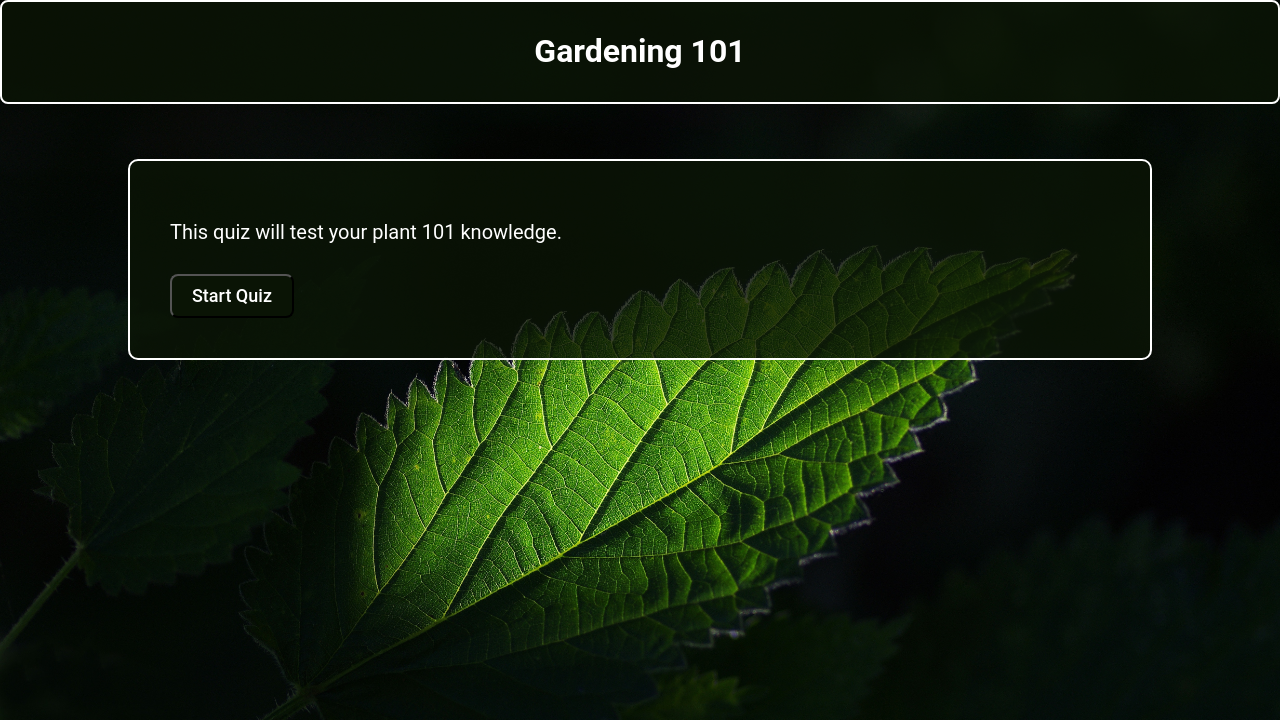
Repository: kaitlynMidori/gardening101
Page: index.html
The author's editor kept a copy of each file at every save. The page is drawn from the files as they stood at one save, then again after the next save.
The browser window is 1280 px wide. The pictures show the whole page.

Above is the page before, as saved 2021-06-10 14:03:12.

### index.html
<!DOCTYPE html>
<html lang="en">

<head>
    <meta charset="UTF-8">
    <meta name="viewport" content="width=device-width, initial-scale=1.0">
    <meta http-equiv="X-UA-Compatible" content="ie=edge">
    <title>Quiz App</title>
    <link href="https://cdnjs.cloudflare.com/ajax/libs/normalize/8.0.1/normalize.min.css" rel="stylesheet" type="text/css" />
    <link href="app.css" rel="stylesheet" type="text/css" />

</head>

<body>
    <header>
        <h1>Gardening 101</h1>
    </header>
    <main></main>
    <script src="https://code.jquery.com/jquery-3.4.1.slim.js" crossorigin="anonymous"></script>
    <script src="app.js"></script>
</body>

</html>

### app.css
/* Your styles should be mobile-first and responsive */


/**
  * If you are unclear on how to utilize a mobile-first, responsive technique to write your CSS, here is an example:
  *
  * https://github.com/andreacardybailey/responsive_example/blob/master/styles/responsive-base.css
  *
*/

* {
    box-sizing: border-box;
}

p {
    font-size: 20px;
}


body {
    font-family: "Roboto", sans-serif;
    color: white;
    margin: 0;
    background: cover;
    background-image: url("screenshots/leaf.jpg");
    background-repeat: repeat;
    background-size: cover;
    background-color: white;
}

header {
    border: 2px solid white;
    border-radius: 8px;
    background: rgba(11, 21, 6, 0.8);
    padding: 10px 0 10px 0;
    color: white;
    text-transform: capitalize;
}

h1 {
    text-align: center;
}

.question-and-score {
    border: 2px solid white;
    border-radius: 8px;
    background: rgba(11, 21, 6, 0.8);
    font-size: 30px;
    font-weight: 600px;
    color: white;
    text-align: center;
    list-style: none;
    padding: 10px 0 10px 0;
}

button{
    background: rgba(11, 21, 6, 0.8);
    margin-top: 10px;
    height: auto;
    font-size: 18px;
    font-weight: 500;
    text-align: center;
    color: white;
    cursor: pointer;
    margin-bottom: 0;
    border-radius: 8px;
    padding: 10px 20px;
}

.start-screen,
fieldset {
    border: 2px solid white;
    width: 80%;
    padding: 40px;
    margin: 55px auto 0 auto;
    background: rgba(11, 21, 6, 0.8);
    border-radius: 10px;
}

legend {
    font-weight: 700;
    font-size: 18px;
}

.question-form .question {
    margin-bottom: 20px;
    padding: 0 2%;
    font-size: 20px;
    font-weight: 600px;
}

.options ul {
    list-style: none;
    margin: 0;
    text-align: left;
}

label {
    font-size: 18px;
}

.options span {
    display: block;
    border-radius: 5px;
}

.right-answer {
    background: rgb(11, 21, 6, .5);
    padding: 10px 20px;
    margin: 5px 20px;
    border: 2px solid rgb(97, 164, 23);
}

.wrong-answer {
    background: rgb(11, 21, 6, .5);
    padding: 10px;
    margin: 5px 20px;
    border: 2px solid #fe0000;
    border-radius: 8px;
}

.question-form button {
    background: rgb(11, 21, 6, .5);
    border: 2px solid white;
    float: right;
    border-radius: 6px;
}

button:hover:enabled,
button:focus:enabled {
    background-color: rgb(11, 21, 6, .5);
    -webkit-transition: background 0.1s;
    -moz-transition: background 0.1s;
    -o-transition: background 0.1s;
    transition: background 0.1s;
}

button:disabled {
    opacity: 0.9;
}

#next-question-btn {
    display: none;
}

### app.js
/**
 * Example store structure
 */
// const store = {
// 5 or more questions are required
//     questions: [{
//             question: 'What color is broccoli?',
//             answers: [
//                 'red',
//                 'orange',
//                 'pink',
//                 'green'
//             ],
//             correctAnswer: 'green'
//         },
//         {
//             question: 'What is the current year?',
//             answers: [
//                 '1970',
//                 '2015',
//                 '2019',
//                 '2005'
//             ],
//             correctAnswer: '2019'
//         }
//     ],
//     quizStarted: false,
//     questionNumber: 0,
//     score: 0
// };

const STORE = {
    questions: [ //1
        {
            question: 'Which of the following is a health benefit from gardening?',
            answers: [
                'Reduces Stress & improves mood',
                'Reduces risk of dementia',
                'Improves heart health and reduces risk of stroke',
                'All of the above'
            ],
            correctAnswer: 'All of the above'
        },
        //2
        {
            question: 'Which of the following are indoor plants?',
            answers: [
                'Fiddle Leaf Fig',
                'Dragon Tree',
                'Rubber Plant',
                'All of the above'
            ],
            correctAnswer: 'All of the above'
        },
        //3
        {
            question: 'What are the most common ways to kill a plant?',
            answers: [
                'Overwatering',
                'Underwatering',
                'Incorrect sun exposure',
                'All of the above'
            ],
            correctAnswer: 'All of the above'
        },
        //4
        {
            question: 'What are some ways to keep your plants happy?',
            answers: ['Provide correct watering needs', 'Keep free of dust', 'Fertilize it', 'All of the above'],
            correctAnswer: 'All of the above'
        },
        //5
        {
            question: 'What are signs of an unhappy plant?',
            answers: [
                'Wilted leaves',
                'Yellowing/browning leaves',
                ' Bugs or fungal growth',
                'All of the above'
            ],
            correctAnswer: 'All of the above'
        }
    ],
    quizStarted: false,
    currentQuestion: 0,
    score: 0
};
/**
 *
 * Technical requirements:
 *
 * Your app should include a render() function, that regenerates the view each time the store is updated.
 * See your course material and access support for more details.
 *
 * NO additional HTML elements should be added to the index.html file.
 *
 * You may add attributes (classes, ids, etc) to the existing HTML elements, or link stylesheets or additional scripts if necessary
 *
 * SEE BELOW FOR THE CATEGORIES OF THE TYPES OF FUNCTIONS YOU WILL BE CREATING 👇
 *
 */

/********** TEMPLATE GENERATION FUNCTIONS **********/

// These functions return HTML templates

/********** RENDER FUNCTION(S) **********/

// This function conditionally replaces the contents of the <main> tag based on the state of the store

/********** EVENT HANDLER FUNCTIONS **********/

// These functions handle events (submit, click, etc)

/**
 * Generates HTML for the start screen
 */
function generateStartScreenHtml() {
    return `
    <div class="start-screen">
      <p>This quiz will test your plant 101 knowledge.</p>
      <button type="button" id="start">Start Quiz</button>
    </div>
  `;
}

/**
 * Generates the HTML for the section of the app
 * that displays the question number and the score
 */
function generateQuestionNumberAndScoreHtml() {
    return `
    <ul class="question-and-score">
      <li id="question-number">
        Question Number: ${STORE.currentQuestion + 1}/${STORE.questions.length}
      </li>
      <li id="score">
        Score: ${STORE.score}/${STORE.questions.length}
      </li>
    </ul>
  `;
}
/**
 * Generates the list of possible answers for
 * one question
 */
function generateAnswersHtml() {
    const answersArray = STORE.questions[STORE.currentQuestion].answers
    let answersHtml = '';
    let i = 0;

    answersArray.forEach(answer => {
        answersHtml += `
      <div id="option-container-${i}">
        <input type="radio" name="options" id="option${i + 1}" value= "${answer}" tabindex ="${i + 1}" required>
        <label for="option${i + 1}"> ${answer}</label>
      </div>
    `;
        i++;
    });
    return answersHtml;
}
/**
 * Generates the HTML to display one question
 */
function generateQuestionHtml() {
    let currentQuestion = STORE.questions[STORE.currentQuestion];
    return `
    <form id="question-form" class="question-form">
      <fieldset>
        <div class="question">
          <legend> ${currentQuestion.question}</legend>
        </div>
        <div class="options">
          <div class="answers">
            ${generateAnswersHtml()}
          </div>
        </div>
        <button type="submit" id="submit-answer-btn" tabindex="5">Submit</button>
        <button type="button" id="next-question-btn" tabindex="6"> Next &gt;></button>
      </fieldset>
    </form >
  `;
}

/**
 * Generates the HTML for the results screen
 */
function generateResultsScreen() {
    return `
    <div class="results">
      <form id="js-restart-quiz">
        <fieldset>
          <div class="row">
            <div class="col-12">
              <legend>Your Score is: ${STORE.score}/${STORE.questions.length}</legend>
            </div>
          </div>

          <div class="row">
            <div class="col-12">
              <button type="button" id="restart"> Restart Quiz </button>
            </div>
          </div>
        </fieldset>
    </form>
    </div>
  `;
}

/**
 * @param {string} answerStatus - 'correct' / 'incorrect'
 * @returns {string} - HTML providing the user with feedback
 * regarding whether their answer was correct or incorrect.
 */
function generateFeedbackHTML(answerStatus) {
    let correctAnswer = STORE.questions[STORE.currentQuestion].correctAnswer;
    let html = '';
    if (answerStatus === 'correct') {
        html = `
    <div class="right-answer">That is correct!</div>
    `;
    } else if (answerStatus === 'incorrect') {
        html = `
      <div class="wrong-answer">That is incorrect. The correct answer is ${correctAnswer}.</div>
    `;
    }
    return html;
}

/********** RENDER FUNCTION **********/

/**
 * All-purpose render function that will conditionally
 * render the page based upon the state of the STORE.
 */
function render() {
    let html = '';

    if (STORE.quizStarted === false) {
        $('main').html(generateStartScreenHtml());
        return;
    } else if (STORE.currentQuestion >= 0 && STORE.currentQuestion < STORE.questions.length) {
        html = generateQuestionNumberAndScoreHtml();
        html += generateQuestionHtml();
        $('main').html(html);
    } else {
        $('main').html(generateResultsScreen());
    }
}

/********** EVENT HANDLER FUNCTIONS **********/

/**
 * Handles a click of the quiz's start button
 */
function handleStartClick() {
    $('main').on('click', '#start', function(event) {
        STORE.quizStarted = true;
        render();
    });
}

/**
 * Handles the click of the "next" button
 */
function handleNextQuestionClick() {
    $('body').on('click', '#next-question-btn', (event) => {
        render();
    });
}

/**
 * Handles the submission of the question form
 */
function handleQuestionFormSubmission() {
    $('body').on('submit', '#question-form', function(event) {
        event.preventDefault();
        const currentQuestion = STORE.questions[STORE.currentQuestion];

        // get value from checkbox checked by user
        let selectedOption = $('input[name=options]:checked').val();
        /**
         * Creates an id '#option-container' + the index of
         * the current question in the answers array.
         *
         * Example: #option-container-0
         */
        let optionContainerId = `#option-container-${currentQuestion.answers.findIndex(i => i === selectedOption)}`;

        if (selectedOption === currentQuestion.correctAnswer) {
            STORE.score++;
            $(optionContainerId).append(generateFeedbackHTML('correct'));
        } else {
            $(optionContainerId).append(generateFeedbackHTML('incorrect'));
        }
        STORE.currentQuestion++;
        // hide the submit button
        $('#submit-answer-btn').hide();
        // disable all inputs
        $('input[type=radio]').each(() => {
            $('input[type=radio]').attr('disabled', true);
        });
        // show the next button
        $('#next-question-btn').show();

    });
}
/**
 * Resets all values to prepare to restart quiz
 */
function restartQuiz() {
    STORE.quizStarted = false;
    STORE.currentQuestion = 0;
    STORE.score = 0;
}

function handleRestartButtonClick() {
    $('body').on('click', '#restart', () => {
        restartQuiz();
        render();
    });
}

function handleQuizApp() {
    render();
    handleStartClick();
    handleNextQuestionClick();
    handleQuestionFormSubmission();
    handleRestartButtonClick();
}

$(handleQuizApp);

After the next save:
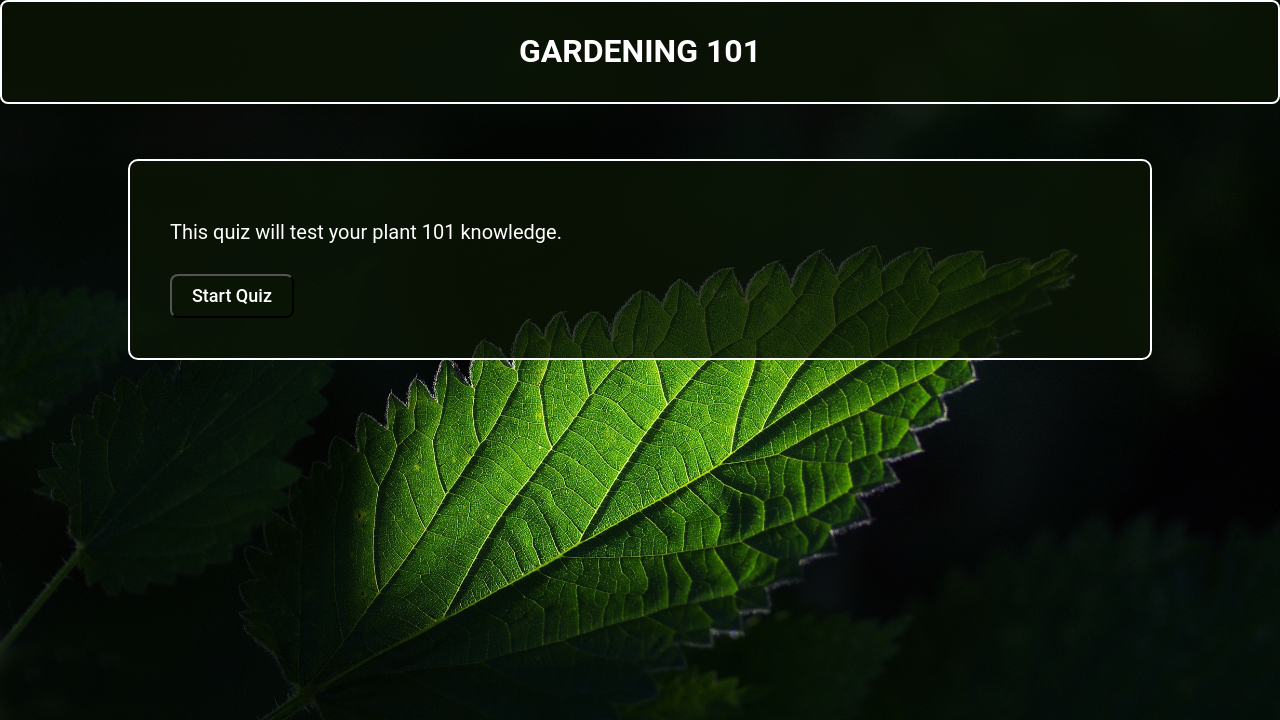
Saved 7 s later.
--- a/app.css
+++ b/app.css
@@ -34,7 +34,7 @@ header {
     background: rgba(11, 21, 6, 0.8);
     padding: 10px 0 10px 0;
     color: white;
-    text-transform: capitalize;
+    text-transform: uppercase;
 }
 
 h1 {
